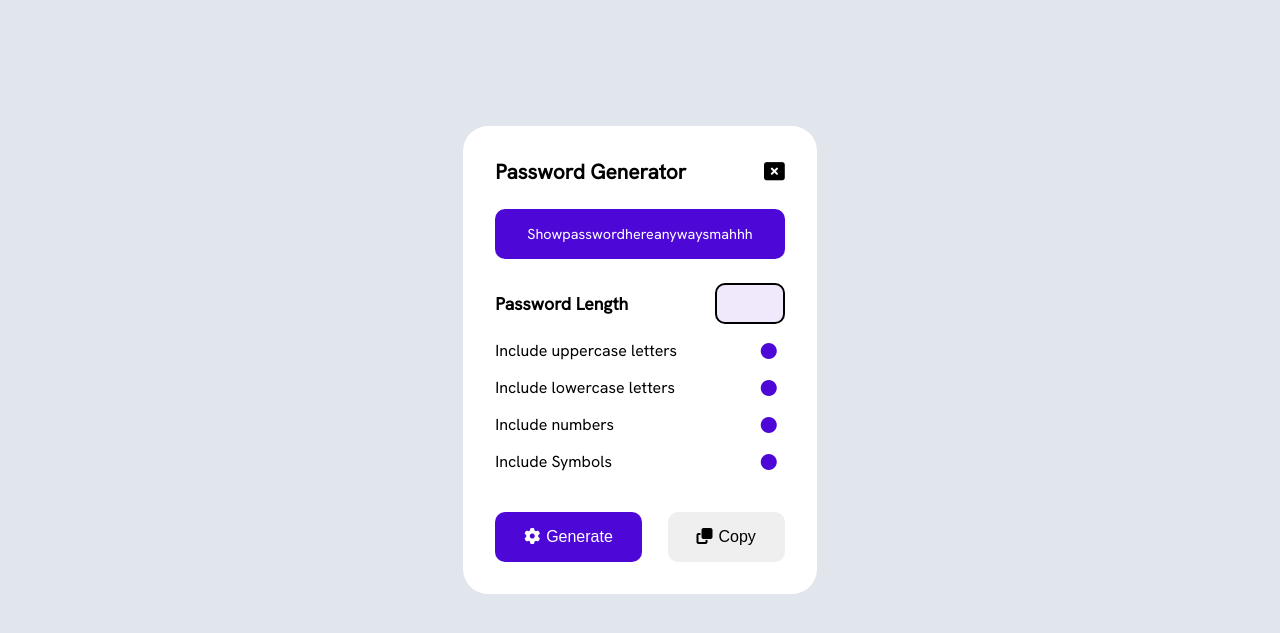
Repository: emiliaiwu/password_generator
Page: index.html
These files come from the project's save history. The page is drawn as it stood at one moment and after the next save; the edit follows.
The browser window is 1280 px wide. The pictures show the whole page.
Some web libraries are served in a nearby version.

Above is the page before, as saved 2022-12-14 05:03:03.

After the next save:
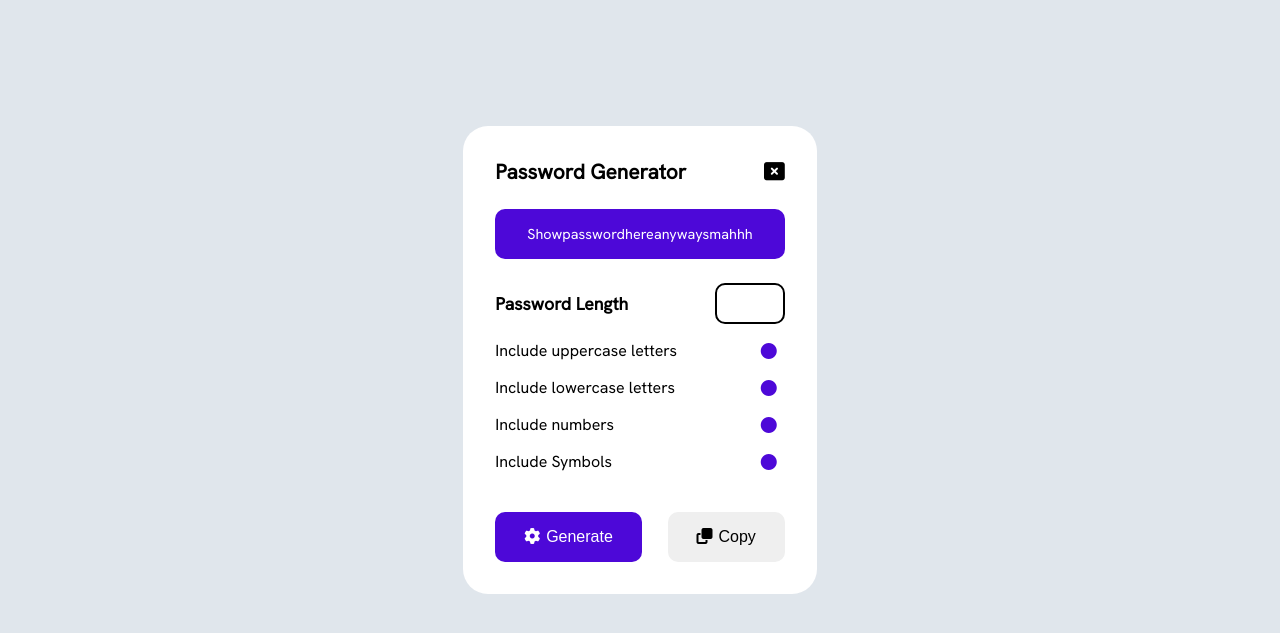
Saved 12 s later.
--- a/style.css
+++ b/style.css
@@ -84,7 +84,6 @@ label,
     font-size: 1.1rem;
     border: 2px solid #000;
     border-radius: 10px;
-    background-color: #efe9fb;;
 }
 
 .password_length input[type="text"]:focus {
